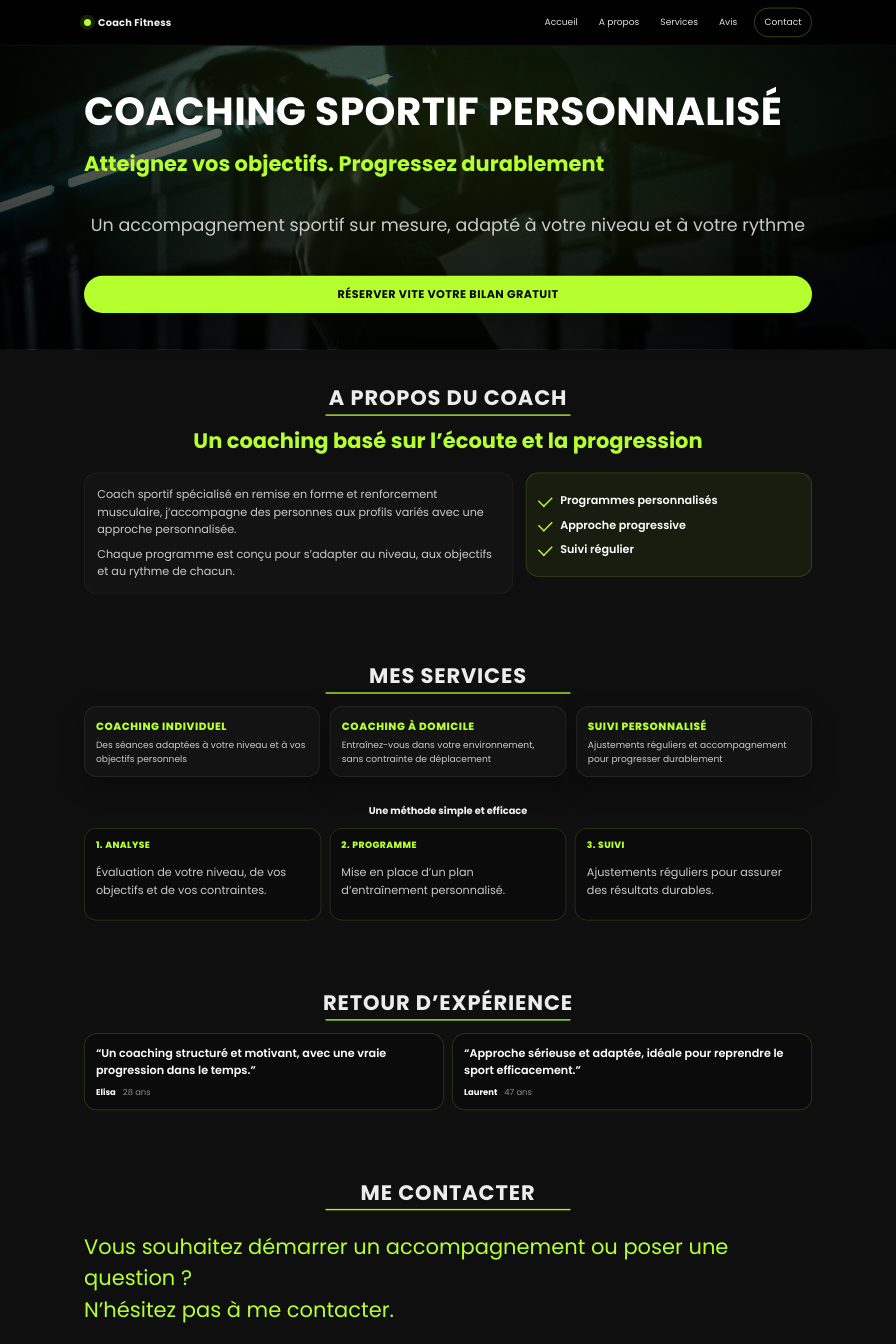
Repository: ThomasHdrd/CoachFitness
Page: index.html
The author's editor kept a copy of each file at every save. The page is drawn from the files as they stood at one save, then again after the next save.
The browser window is 1280 px wide. The pictures show the part of the page from y = 0 to 1920 px (the page is 3134 px tall before and 3549 px after), at 70% of full size.

Above is the page before, as saved 2026-01-20 22:06:50.

After the next save:
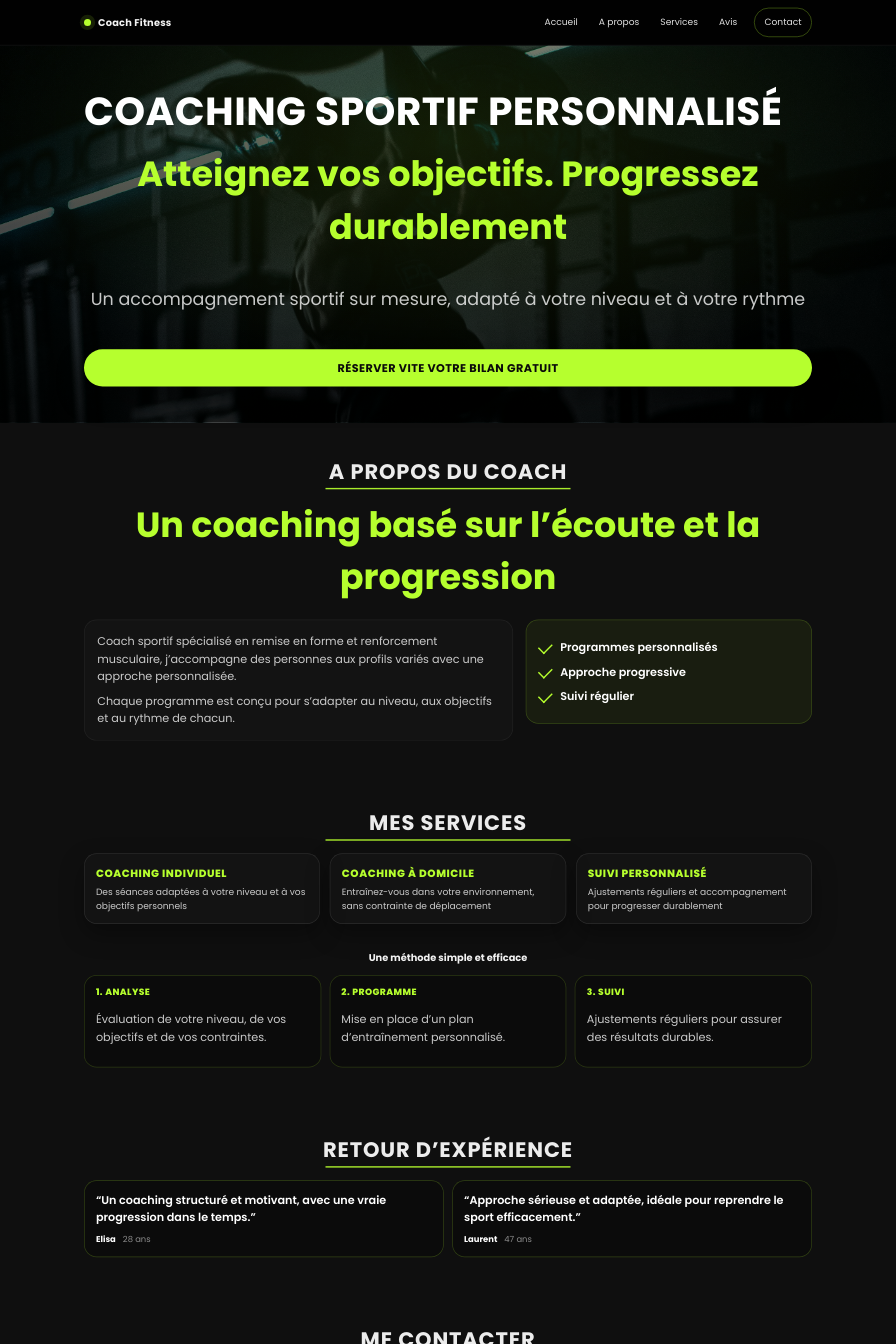
Saved 8 s later.
--- a/styles.css
+++ b/styles.css
@@ -228,7 +228,7 @@ body{
   font-size: 25px;
   font-weight: 700;
 }
-.accent{ color: var(--accent); font-size: 30px;}
+.accent{ color: var(--accent); font-size: 50px;}
 .muted{ color: var(--muted); }
 .muted2{ color: var(--muted2); }
 
